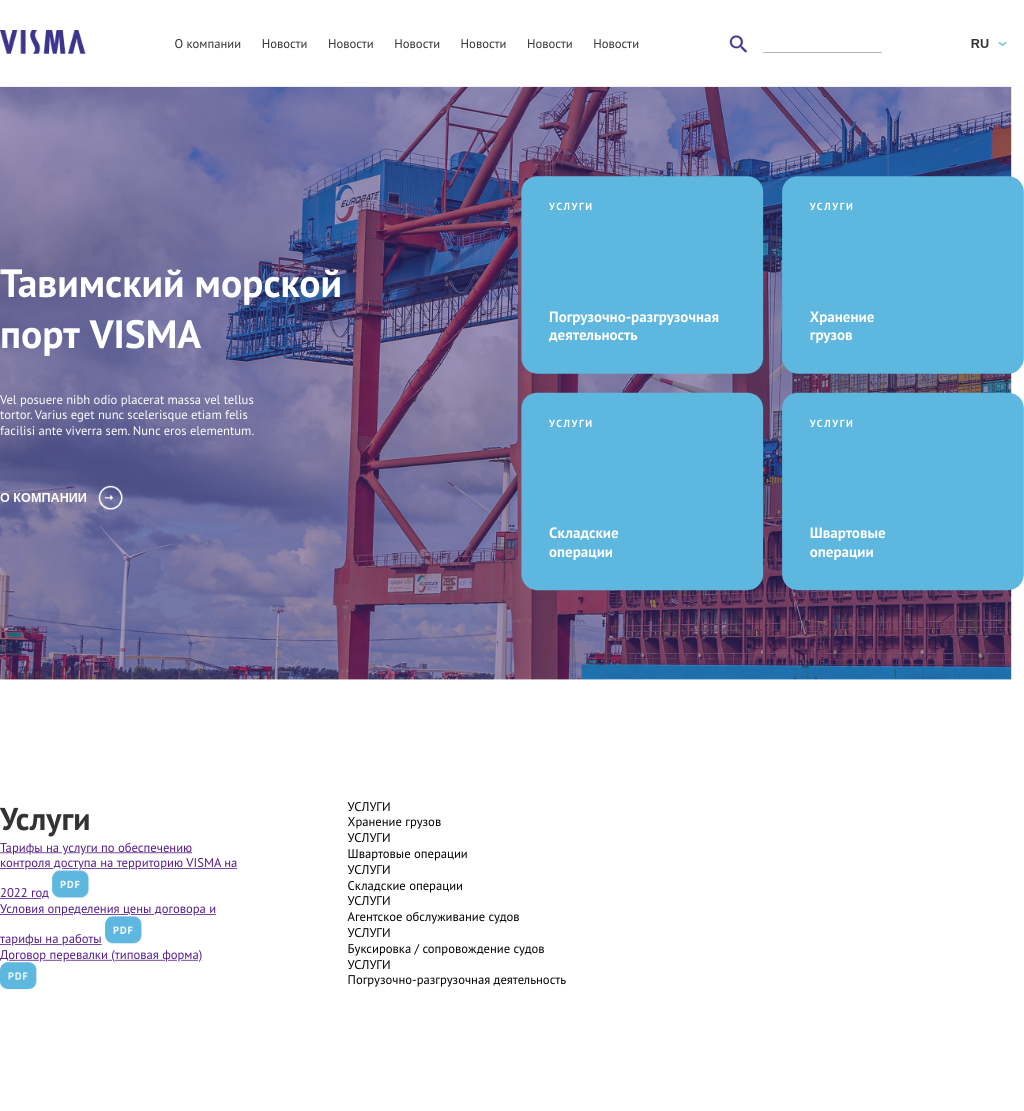
Repository: Shaiyr1/Visma
Page: index.html
These files come from the project's save history. The page is drawn as it stood at one moment and after the next save; the edit follows.
The browser window is 1280 px wide. The page is 1296 px wide, so the pictures cover 1296 px, including what lies to the right of the window. The pictures show the whole page, at 79% of full size.
The style sheet was rebuilt from its Sass, Less or Tailwind sources for each picture, by a compiler version that may differ from the author's.

Above is the page before, as saved 2026-09-16 14:33:28.

### index.html
<!DOCTYPE html>
<html lang="en">
<head>
    <meta charset="UTF-8">
    <meta http-equiv="X-UA-Compatible" content="IE=edge">
    <meta name="viewport" content="width=device-width, initial-scale=1.0">
    <link rel="stylesheet" href="./src/css/style.css">
    <title>Document</title>
</head>
<body>
    <header class="header">
        <nav class="header-nav">
            <a class="header-nav__link" href="#">
                <img class="header-nav__logo" src="./src/img/Vector (1).png" alt="logo">
            </a>
            <ul class="header-nav__ul">
                <li class="header-nav__li">
                    <a class="header-nav__li-link" href="#">О компании</a>
                </li>
                <li class="header-nav__li">
                    <a class="header-nav__li-link" href="#">Новости</a>
                </li>
                <li class="header-nav__li">
                    <a class="header-nav__li-link" href="#">Новости</a>
                </li>
                <li class="header-nav__li">
                    <a class="header-nav__li-link" href="#">Новости</a>
                </li>
                <li class="header-nav__li">
                    <a class="header-nav__li-link" href="#">Новости</a>
                </li>
                <li class="header-nav__li">
                    <a class="header-nav__li-link" href="#">Новости</a>
                </li>
                <li class="header-nav__li">
                    <a class="header-nav__li-link" href="#">Новости</a>
                </li>
            </ul>
            <label class="header-nav__label" for="">
                <img class="header-nav__icon" src="./src/img/ic_round-search.png" alt="icon">
                <input class="header-nav__input" type="search">
            </label>
            <select class="header-nav__select" name="" id="">
                <option class="header-nav__option" value="">RU</option>
                <option class="header-nav__option" value="">ENG</option>
            </select>
        </nav>
    </header>
    <main>
        <section class="home">
            <div class="container home__blocks">
                <div class="home-block">
                    <h1 class="home-block__title">Тавимский морской порт VISMA</h1>
                    <p class="home-block__subtitle">
                        Vel posuere nibh odio placerat massa vel tellus tortor. Varius eget nunc scelerisque etiam felis facilisi ante viverra sem. Nunc eros elementum.
                    </p>
                    <button class="home-block__btn">
                        О КОМПАНИИ
                        <img class="home-block__btn-icon" src="./src/img/Group 7.png" alt="">
                    </button>
                </div>
                <div class="home-services">
                    <div class="home-services__item">
                        <span class="home-services__item-span">УСЛУГИ</span>
                        <p class="home-services__item-text">
                            Погрузочно-разгрузочная <br> деятельность
                        </p>
                    </div>
                    <div class="home-services__item">
                        <span class="home-services__item-span">УСЛУГИ</span>
                        <p class="home-services__item-text">
                            Хранение <br> грузов
                        </p>
                    </div>
                    <div class="home-services__item">
                        <span class="home-services__item-span">УСЛУГИ</span>
                        <p class="home-services__item-text">
                            Складские <br> операции
                        </p>
                    </div>
                    <div class="home-services__item">
                        <span class="home-services__item-span">УСЛУГИ</span>
                        <p class="home-services__item-text">
                            Швартовые <br> операции
                        </p>
                    </div>
                </div>
            </div>
        </section>
        <section class="services">
            <div class="container services_frames">
                <div class="services-block">
                    <h2 class="services-block__title">Услуги</h2>
                    <ul class="services-block__ul">
                        <li class="services-block__li">
                            <a class="services-block__li-link" href="">Тарифы на услуги по обеспечению контроля доступа на территорию VISMA на 2022 год</a>
                            <img src="./src/img/Frame 50.png" alt="images">
                        </li>
                        <li class="services-block__li">
                            <a class="services-block__li-link" href="">Условия определения цены договора и тарифы на работы</a>
                            <img src="./src/img/Frame 50.png" alt="images">
                        </li>
                        <li class="services-block__li">
                            <a class="services-block__li-link" href="">Договор перевалки (типовая форма)</a>
                            <img src="./src/img/Frame 50.png" alt="images">
                        </li>
                    </ul>
                </div>
                <div class="services-items">
                    <div class="services-items__item">
                        <span>УСЛУГИ</span>
                        <p>Хранение грузов</p>
                    </div>
                    <div class="services-items__item">
                        <span>УСЛУГИ</span>
                        <p>Швартовые операции</p>
                    </div>
                    <div class="services-items__item">
                        <span>УСЛУГИ</span>
                        <p>Складские операции</p>
                    </div>
                    <div class="services-items__item">
                        <span>УСЛУГИ</span>
                        <p>Агентское обслуживание судов</p>
                    </div>
                    <div class="services-items__item">
                        <span>УСЛУГИ</span>
                        <p>Буксировка / сопровождение судов</p>
                    </div>
                    <div class="services-items__item">
                        <span>УСЛУГИ</span>
                        <p>Погрузочно-разгрузочная деятельность</p>
                    </div>
                </div>
            </div>
        </section>
    </main>
</body>

</html>

### src/scss/style.scss
* {
    margin: 0;
    padding: 0;
    box-sizing: border-box;
}

@import url('https://fonts.googleapis.com/css2?family=PT+Sans:ital,wght@0,400;0,700;1,400;1,700&display=swap');

body {
    font-family: "PT Sans", sans-serif;
}
.container {
    width: 1296px;
    margin: 0 auto;
}

@import "header";
@import "home";
@import "services";

### src/scss/header.scss
.header {

    &-nav {
        width: 1296px;
        height: 110px;
        margin: 0 auto;
        display: flex;
        align-items: center;
        gap: 113px;

        &__link {}

        &__logo {}

        &__ul {
            display: flex;
            align-items: center;
            justify-content: center;
            gap: 26px;
            list-style-type: none;
        }
        &__li {
            &-link {
                text-decoration: none;
                color: #333333;
                font-size: 16px;
            }
        }
        &__label {
            display: flex;
            align-items: flex-end;
            justify-content: center;
            gap: 20px;
        }
        &__input {
            width: 150px;
            border: none;
            outline: none;
            border-bottom: 1px solid rgb(161, 161, 161);
        }
        &__select {
            background: none;
            border: none;
            color: #333333;
            font-size: 16px;
            font-weight: bold;
            outline: none;
            appearance: none;
            padding-right: 30px;
            background-image: url("../img/material-symbols_keyboard-arrow-down-rounded.png");
            background-position: right 20px center;
            background-repeat: no-repeat;
        }
    }
}

### src/scss/home.scss
.home {
    width: 100%;
    height: 750px;
    background-image: url("../img/Rectangle\ 23\ \(6\).png");
    background-repeat: no-repeat;
    background-size: cover;
    padding: 113px 0;

    &__blocks {
        display: flex;
        align-items: center;
        gap: 134px;
    }

    &-block {
        width: 526px;

        &__title {
            width: 526px;
            color: #ffffff;
            text-align: left;
            font-weight: 700;
            font-size: 50px;
        }

        &__subtitle {
            width: 322px;
            margin: 40px 0 60px;
            color: #ffffff;
            text-align: left;
            font-size: 16px;
        }

        &__btn {
            width: 159px;
            height: 30px;
            display: flex;
            justify-content: flex-start;
            align-items: center;
            gap: 15px;
            border: none;
            outline: none;
            cursor: pointer;
            color: #ffffff;
            text-align: left;
            font-size: 16px;
            font-weight: 700;
            background: none;


            &-icon {}
        }
    }

    &-services {
        display: flex;
        flex-wrap: wrap;
        gap: 24px;

        &__item {
            background-color: #5db7de;
            width: 306px;
            height: 250px;
            border-radius: 20px;
            padding: 30px 35px;
            display: flex;
            flex-direction: column;
            align-items: flex-start;
            gap: 118px;

            &-span {
                color: #ffffff;
                text-align: left;
                font-size: 13px;
                font-weight: 700;
                letter-spacing: 2px;

            }

            &-text {
                color: #ffffff;
                text-align: left;
                font-size: 19px;
                font-weight: 700;
            }
        }
    }
}

### src/scss/services.scss
.services {
    margin: 150px 0;
}

.services_frames {
    display: flex;
    align-items: flex-start;
    gap: 134px;
}

.services-block {
    width: 306px;
}

.services-block__title {
    color: #333333;
    text-align: left;
    font-size: 40px;
    font-weight: 700;
}

.services-block__ul {}

.services-block__li {}

.services-block__li-link {}

.services-items {}

.services-items__item {}

After the next save:
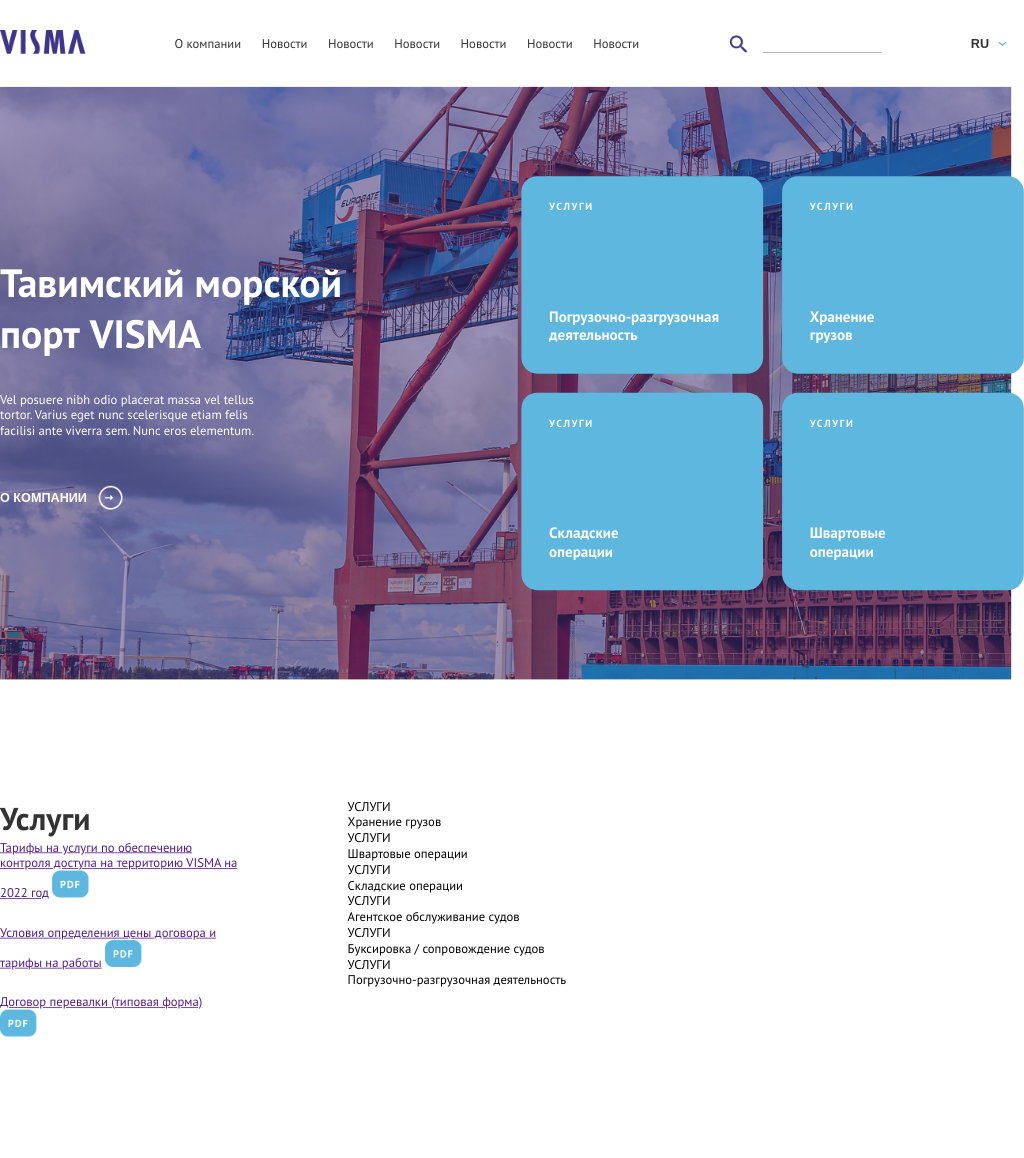
Saved 45 s later.
--- a/src/scss/services.scss
+++ b/src/scss/services.scss
@@ -19,7 +19,12 @@
     font-weight: 700;
 }
 
-.services-block__ul {}
+.services-block__ul {
+    display:flex;
+flex-direction:column;
+align-items:flex-start;
+gap:30px;
+}
 
 .services-block__li {}
 
